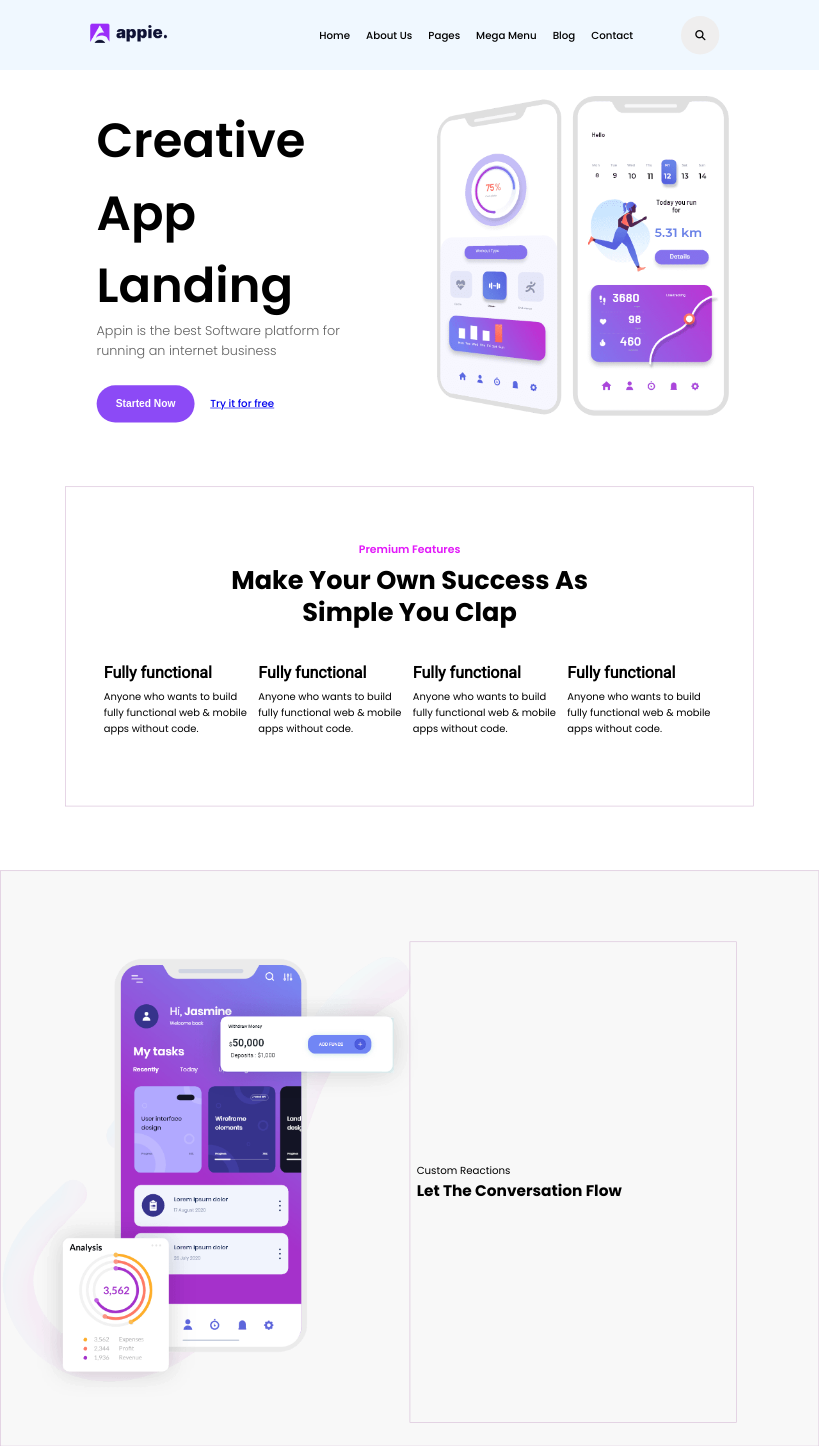
Repository: northpx/landingpage
Page: index.html
The author's editor kept a copy of each file at every save. The page is drawn from the files as they stood at one save, then again after the next save.
The browser window is 1280 px wide. The pictures show the whole page, at 64% of full size.

Above is the page before, as saved 2022-12-28 15:38:20.

### index.html
<!DOCTYPE html>
<html lang="en">
<head>
    <meta charset="UTF-8">
    <meta http-equiv="X-UA-Compatible" content="IE=edge">
    <meta name="viewport" content="width=device-width, initial-scale=1.0">
    <link rel="stylesheet" href="/src/css/style.css">
    <link rel="stylesheet" href="https://cdnjs.cloudflare.com/ajax/libs/font-awesome/6.2.1/css/all.min.css" integrity="sha512-MV7K8+y+gLIBoVD59lQIYicR65iaqukzvf/nwasF0nqhPay5w/9lJmVM2hMDcnK1OnMGCdVK+iQrJ7lzPJQd1w==" crossorigin="anonymous" referrerpolicy="no-referrer" />
    <title>Document</title>

</head>
<body>
    <div class="container">
        <div class="navbar">
            <div class="logo">
                <div class="logo-img">
                    <img src="image/purple-logo.png" alt="">
                </div>
            </div>
            <div class="menu">
                <div class="menu-list">
                    <ul class="menu-item">
                        <li class="item">Home</li>
                        <li class="item">About Us</li>
                        <li class="item">Pages</li>
                        <li class="item">Mega Menu</li>
                        <li class="item">Blog</li>
                        <li class="item">Contact</li>
                    </ul>
                </div>
                <i class="fa-solid fa-bars"></i>
                <div class="search">
                    <div class="box-search">
                        <i class="fa-solid fa-magnifying-glass"></i>
                    </div>
                </div>
            </div>

        </div>
        <div class="header">
            <div class="header1">
                <div class="content">
                    <div class="header1_content">
                        <h1>Creative <br>App Landing</h1>
                        <h6>Appin is the best Software platform for running an internet business</h6>
                    </div>
                    <button class="btn_start">
                        Started Now
                    </button>
                    <a href="#">Try it for free</a>
                </div>
            </div>
            <div class="header2">
                <div class="header2_image">
                    <img src="image/home1-app-screen.png" alt="">
                </div>
            </div>
        </div>
        <div class="section2">
            <div class="section2_box">
                <div class="section2_title">
                    <p>Premium Features</p>
                    <h2>Make Your Own Success As <br>Simple You Clap</h2>
                </div>
                <div class="section2_content">
                    <div class="section2_content_body">
                        <div class="content1">
                            <div class="content_title">
                                <h2>Fully functional</h2>
                                <p>Anyone who wants to build fully functional web & mobile apps without code.</p>
                            </div>
                        </div>
                        <div class="content1">
                            <div class="content_title">
                                <h2>Fully functional</h2>
                                <p>Anyone who wants to build fully functional web & mobile apps without code.</p>
                            </div>
                        </div>
                        <div class="content1">
                            <div class="content_title">
                                <h2>Fully functional</h2>
                                <p>Anyone who wants to build fully functional web & mobile apps without code.</p>
                            </div>
                        </div>
                        <div class="content1">
                            <div class="content_title">
                                <h2>Fully functional</h2>
                                <p>Anyone who wants to build fully functional web & mobile apps without code.</p>
                            </div>
                        </div>
                    </div>
                </div>
            </div>
        </div>
        <div class="section3_container">
            <div class="section3">
                <div class="section3_img">
                    <div class="image">
                        <img src="image/Screen-1-1.png" alt="">
                    </div>
                </div>
                <div class="section3_content">
                    <div class="content3">
                        <p>Custom Reactions</p>
                        <h2>Let The Conversation Flow</h2>
                        <p>

                        </p>
                    </div>
                </div>
            </div>
        </div>
    </div>

</html>

### src/css/style.css
@import url('https://fonts.googleapis.com/css2?family=Poppins:ital,wght@0,200;0,300;0,400;0,500;0,600;0,700;0,800;0,900;1,200;1,300;1,400;1,500;1,600;1,700;1,800;1,900&family=Roboto&display=swap');
@import url(https://fonts.googleapis.com/css?family=Open+Sans:300,400,700);
*{
    padding: 0;
    margin: 0;
    box-sizing: border-box;
}
body{
    font-family: 'Poppins';
}
.container{
    width: 100%;
    height: 1000px;
    /* overflow: auto; */
}

.navbar{
    display: flex;
    width: 100%;
    height: 110px;
    align-items: center;
    margin: 0 auto;
    padding: 0 11%;
    position: sticky;
    top: 0;
    z-index: 5;
    background-color: aliceblue;
}


.menu{
    display: flex;
    margin-left: auto;
    align-items: center;
}

.menu .menu-item{
    display: flex;
    list-style-type: none;
}

.item{
    margin-right: 25px;
    font-weight: 500;
}

.search{
    margin-left: 50px;
    margin-right: 5px;
    align-items: center;
}
.box-search{
    width: 60px;
    height: 60px;
    background: #efeeee;
    color: rgb(4, 4, 4);
    display: inline-flex;
    align-items: center;
    justify-content: center;
    border-radius: 50%;
    margin-right: 10px;
}

.fa-solid.fa-bars{
    display: none;
}

.header{
    width: 78%;
    height: 550px;
    margin: 0 auto;
}

.header1{
    float: left;
    width: 50%;
    height: 550px;
    position: relative;
}
.header2{
    float: left;
    width: 50%;
    height: 550px;
    position: relative;
}
.header::after{
    content: "";
    display: table;
    clear: both;
}

.content{
    position: absolute;
    width: 90%;
    bottom: 0;
    left: 0;
    padding-left: 10px;
}
.header2_image{
    position: absolute;
    right: 0;
    bottom: 0;
}

.btn_start{
    border-radius: 30px;
    padding: 20px 30px;
    font-size: 16px;
    font-weight: 600;
    color: white;
    margin-right: 20px;
    border: none;
    outline: none;
    background-color: rgb(140, 74, 246);
}

a{
    font-size: 16px;
    font-weight: 500;
}

.header1_content{
    margin-bottom: 40px;
}
h1{
    font-size: 75px;
    font-weight: 600;
}

h6{
    font-weight: 300;
    font-size: 20px;
    color: rgb(97, 97, 97);
}

.section2{
    width: 84%;
    height: 500px;
    display: flex;
    flex-direction: column;
    border: 1px solid thistle;
    margin: 100px auto;
    /* margin-top: 100px; */
    align-items: center;
    justify-content: center;
}
.section2_title{
    text-align: center;
}
.section2_title h2{
    font-size: 40px;
    line-height: 50px;
}
.section2_title p{
    font-size: 17px;
    font-weight: 600;
    color: rgb(226, 24, 249);
    margin-bottom: 10px;
}
.section2_box{
    display: flex;
    flex-direction: column;
    margin-bottom: 20px;
    align-items: center;
    justify-content: center;
}

.section2_content{
    width: 100%;
    margin-top: 50px;
}
.section2_content_body{
    width: 90%;
    display: flex;
    margin: 0 auto;
}
.content1{
    width: 25%;
    padding: 5px;
}

.content_title h2{
    font-family: 'Roboto';
    font-weight: bold;
    font-size: 25px;
    margin-bottom: 10px;
}
.content_title p {
    line-height: 25px;
    font-size: 15.5px;
}

.section3_container{
    width: 100%;
    height: 900px;
    border: 1px solid thistle;
    background-color: rgb(248, 248, 248);
    padding: 110px 0px 70px;
}

.section3{
    width: 80%;
    display: flex;
    margin: 0 auto;
}

.section3_img{
    width: 50%;
    align-items: center;
    display: flex;
    flex-wrap: wrap;
    justify-content: center;
    line-height: 30px;
    padding: 10px;
}
.image{
    margin-left: -100px;
}
.section3_img img{
    display: inline-block;
    text-align: left;
}

.section3_content{
    display: flex;
    flex-wrap: wrap;
    align-items: center;
    justify-content: center;
    width: 50%;
    border: 1px solid thistle;
    padding: 10px;
}
.content3{
    width: 100%;
}

After the next save:
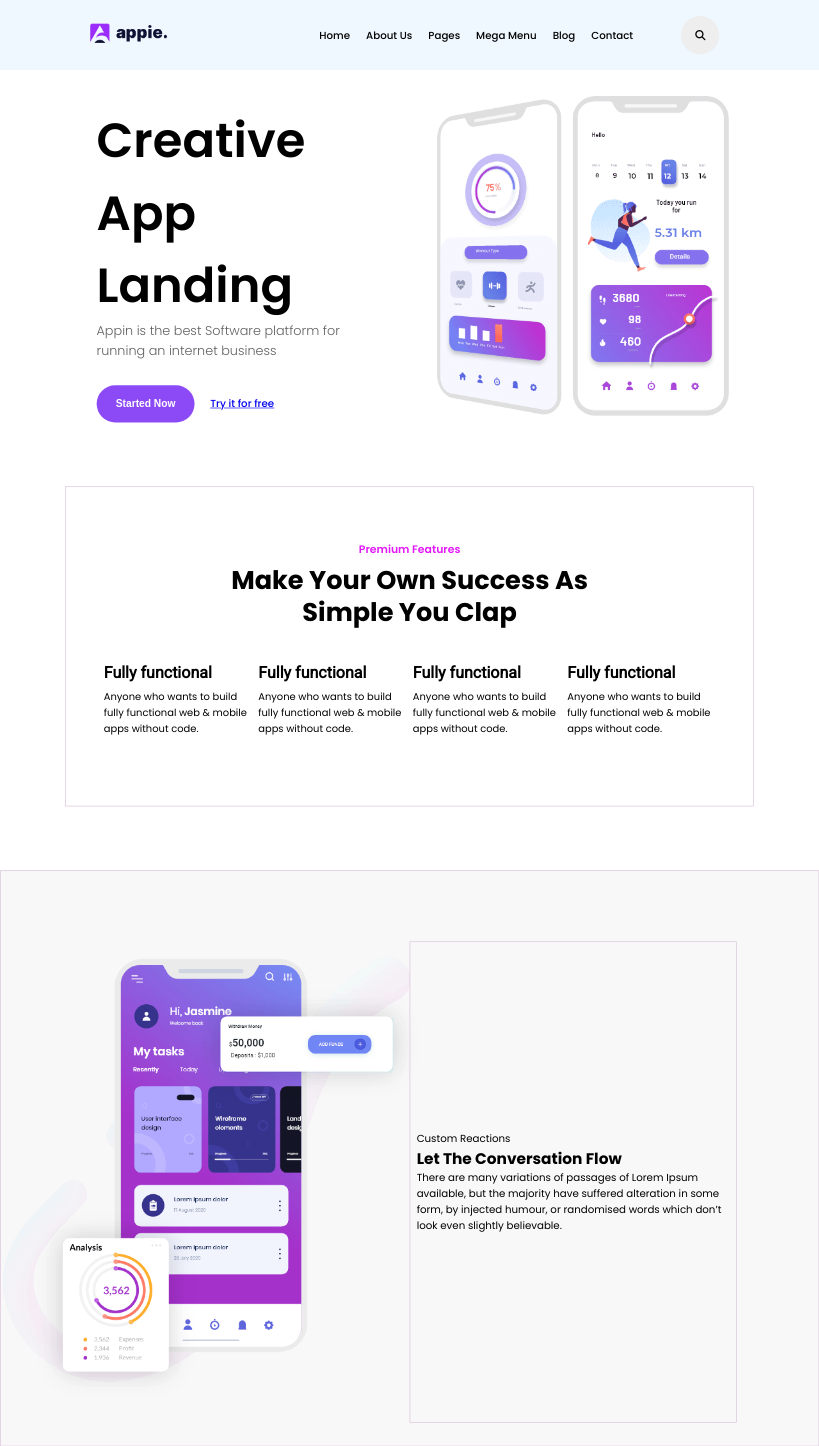
Saved 8 s later.
--- a/index.html
+++ b/index.html
@@ -104,7 +104,7 @@
                         <p>Custom Reactions</p>
                         <h2>Let The Conversation Flow</h2>
                         <p>
-
+                            There are many variations of passages of Lorem Ipsum available, but the majority have suffered alteration in some form, by injected humour, or randomised words which don’t look even slightly believable.
                         </p>
                     </div>
                 </div>
